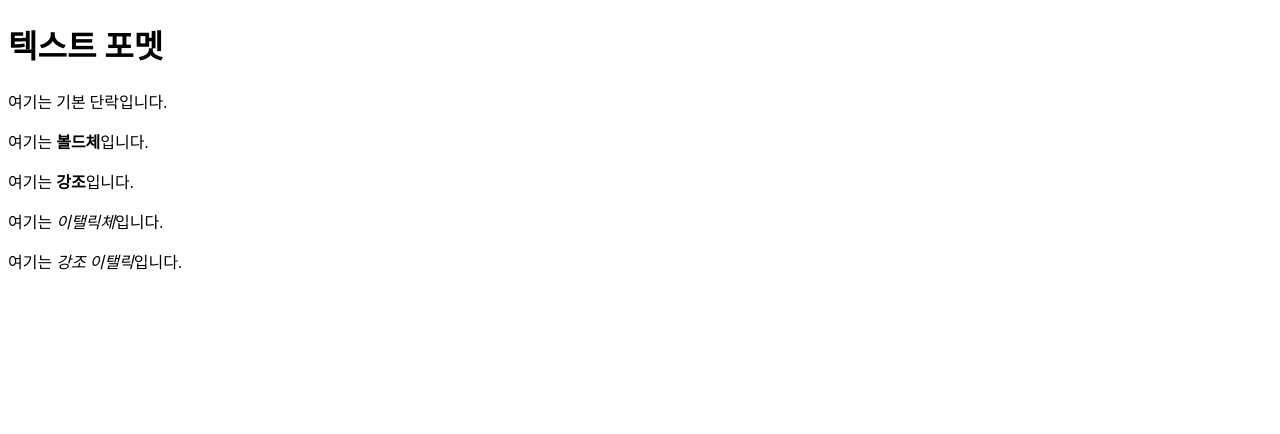
Repository: XenosJM/WEB_CODES
Page: Web01_HTML/src/main/webapp/04_format.html
An editor plug-in stored every save of this project. The page is shown before and after the next save, followed by the edit.
The browser window is 1280 px wide. The pictures show the whole page.

Above is the page before, as saved 2024-03-19 03:31:07.

### Web01_HTML/src/main/webapp/04_format.html
<!DOCTYPE html>
<html>
<head>
<meta charset="UTF-8">
<title>Text form</title>
</head>
<body>
	<h1>텍스트 포멧</h1>
	<p>여기는 기본 단락입니다.</p>
	<p>여기는 <b>볼드체</b>입니다.</p>
	<p>여기는 <strong>강조</strong>입니다.</p>
	<p>여기는 <i>이탤릭체</i>입니다.</p>
	<p>여기는 <em>강조 이탤릭</em>입니다.</p>

</body>
</html>

After the next save:
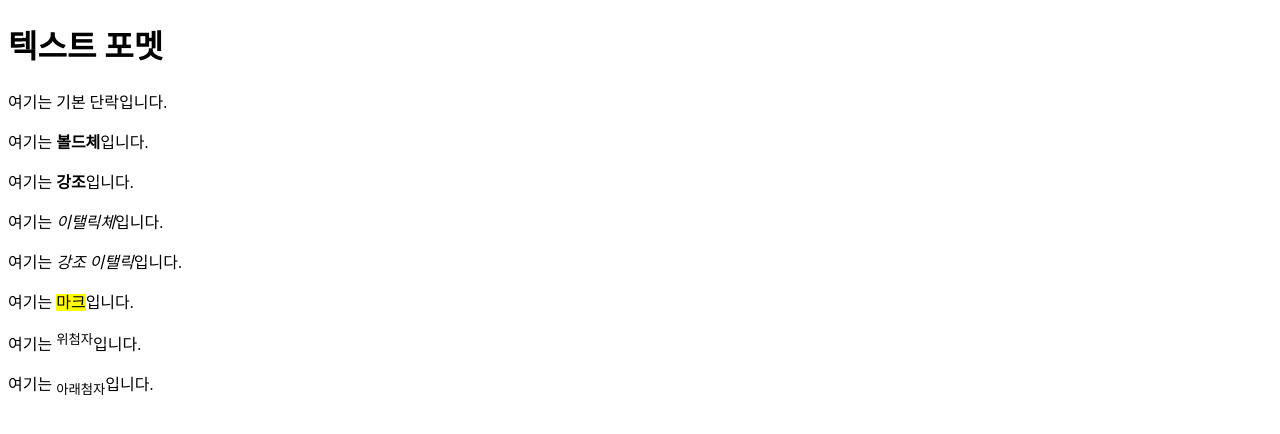
Saved 61 s later.
--- a/Web01_HTML/src/main/webapp/04_format.html
+++ b/Web01_HTML/src/main/webapp/04_format.html
@@ -11,6 +11,9 @@
 	<p>여기는 <strong>강조</strong>입니다.</p>
 	<p>여기는 <i>이탤릭체</i>입니다.</p>
 	<p>여기는 <em>강조 이탤릭</em>입니다.</p>
+	<p>여기는 <mark>마크</mark>입니다.</p>
+	<p>여기는 <sup>위첨자</sup>입니다.</p>
+	<p>여기는 <sub>아래첨자</sub>입니다.</p>
 
 </body>
 </html>
